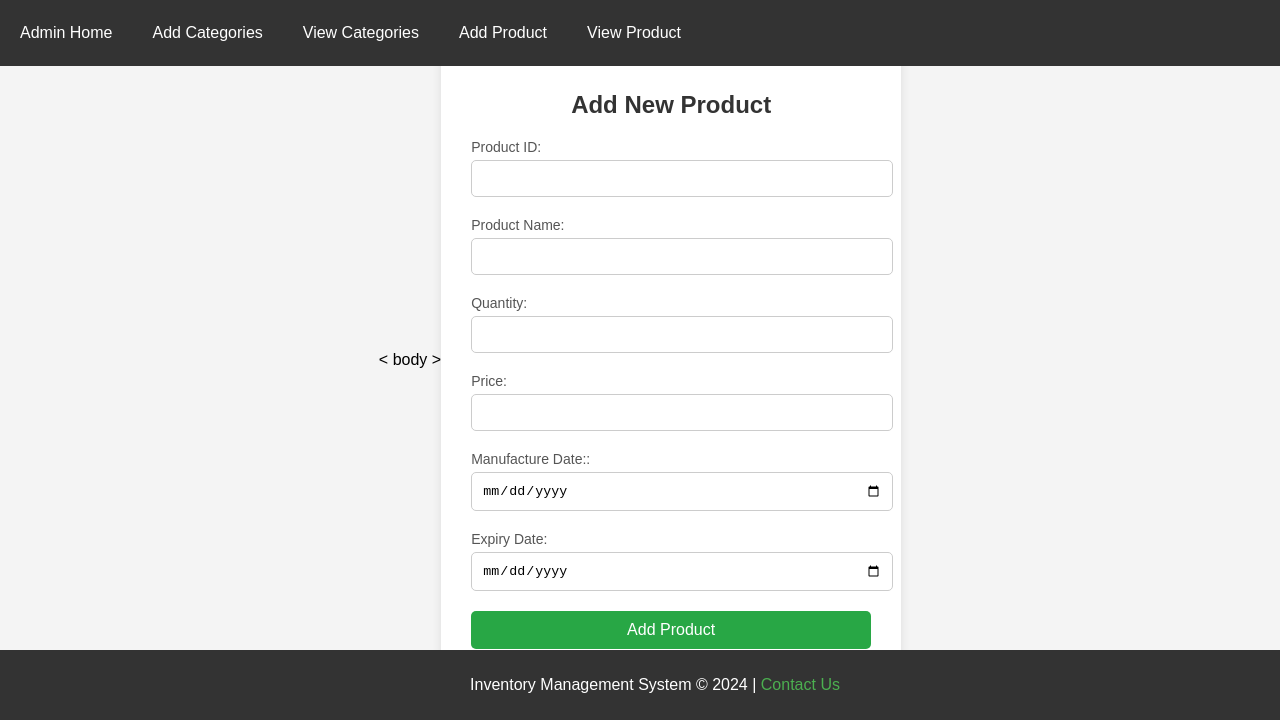
Repository: SimOneGraCias11/Montran_Training
Page: http://localhost/Project/addProduct.jsp
The author's editor kept a copy of each file at every save. The page is drawn from the files as they stood at one save, then again after the next save.
The browser window is 1280 px wide. The pictures show the whole page.
The page is served by Tomcat 9.

Above is the page before, as saved 2024-08-10 23:21:17.

### Project/src/main/webapp/addProduct.jsp
<%@ page language="java" contentType="text/html; charset=ISO-8859-1"
	pageEncoding="ISO-8859-1"%>
<!DOCTYPE html>
<html>
<head>
<meta charset="ISO-8859-1">
<title>Add Product</title>

<style>
body {
	font-family: Arial, sans-serif;
	display: flex;
	justify-content: center;
	align-items: center;
	height: 100vh;
	background-color: #f4f4f4;
	margin: 0;
	padding: 0;
}

.container {
	text-align: center;
	background-color: #fff;
	padding: 30px;
	border-radius: 10px;
	box-shadow: 0 0 10px rgba(0, 0, 0, 0.1);
	width: 400px;
}

h2 {
	color: #333;
	margin-bottom: 20px;
	text-align: center;
}

label {
	font-size: 14px;
	color: #555;
	margin-bottom: 5px;
	display: block;
	text-align: left;
}

input[type="text"], input[type="number"], input[type="date"] {
	width: 100%;
	padding: 10px;
	margin-bottom: 20px;
	border: 1px solid #ccc;
	border-radius: 5px;
}

.button {
	width: 100%;
	padding: 10px 20px;
	background-color: #28a745;
	color: white;
	border: none;
	border-radius: 5px;
	cursor: pointer;
	font-size: 16px;
}

.button:hover {
	background-color: #218838;
}
</style>
</head >
 < body >
 <%@ include file="header.jsp" %>

 <div class="container">
 <h2>Add New Product</h2>
	<form action="addProductServlet">
		<label for="product_id">Product ID:</label>
		<input type="text" id="product_id" name="product_id">

		<label for="product_name">Product Name:</label>
		<input type="text" id="product_name" name="product_name">

		<label for="quantity">Quantity:</label>
		<input type="number" id="quantity" name="quantity">

		<label for="price">Price:</label>
		<input type="number" id="price" name="price">

		<label for="man_date">Manufacture Date::</label>
		<input type="date" id="man_date" name="man_date">

		<label for="exp_date">Expiry Date:</label>
		<input type="date" id="exp_date" name="exp_date">

		<button type="submit" class="button">Add Product</button>

 </form>
 </div>
 <%@ include file="footer.jsp" %>
  </body >

  </html >

### Project/src/main/webapp/header.jsp
<%@ page language="java" contentType="text/html; charset=ISO-8859-1"
    pageEncoding="ISO-8859-1"%>
<!DOCTYPE html>
<html>
<head>
<style>
body{
margin:0;
padding:0;
}
.navbar{
background-color:#333;
overflow:hidden;
padding:10px 15px;
position:fixed;
top:0;
width:100%;
z-index:1000;
}

.navbar a{
float:left;
color:white;
text-align:center;
padding:14px 20px;
text-decoration:none;
font-size:16px;

}
.navbar a:hover{
background-color:#ddd;
color:black;
}

.navbar a.active{
background-color:#4CAF50;
color:white;
}
.content{
padding-top:60px;
}
</style>
</head>
<body>
<div class="navbar">
<a href="adminHome.jsp" >Admin Home</a>
<a href="addCategories">Add Categories</a>
<a href="viewCategories" >View Categories</a>
<a href="addProduct">Add Product</a>
<a href="viewProduct">View Product</a>

</div>
<div class="content"></div>
</body>
</html>

### Project/src/main/webapp/footer.jsp
<%@ page language="java" contentType="text/html; charset=ISO-8859-1"
    pageEncoding="ISO-8859-1"%>
<!DOCTYPE html>
<html>
<head>

<style>

.footer{
background-color:#333;
color:white;
padding:10px 15px;
text-align:center;
position:fixed;
left:0;
bottom:0;
width:100%;

}

.footer a{
color:#4CAF50;
text-decoration:none;

}
.footer a:hover{
text-decoration:underline;

}

</style>
</head>
<body>

<div class="footer">
<p> Inventory Management System &copy; 2024 | <a href="contact.jsp"> Contact Us </a></p>

</div>

</body>
</html>

After the next save:
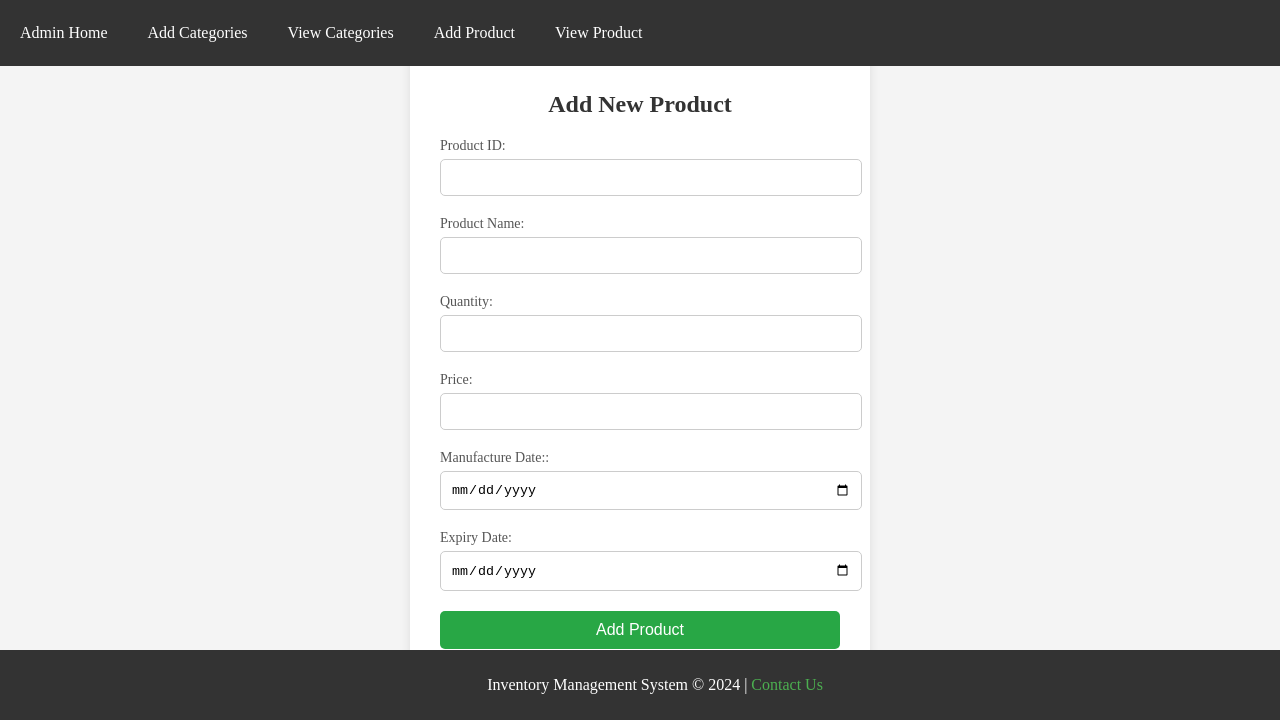
Saved 42 s later.
--- a/Project/src/main/webapp/addProduct.jsp
+++ b/Project/src/main/webapp/addProduct.jsp
@@ -8,7 +8,7 @@
 
 <style>
 body {
-	font-family: Arial, sans-serif;
+	font-family:Times New Roman,serif;
 	display: flex;
 	justify-content: center;
 	align-items: center;
@@ -65,7 +65,7 @@ input[type="text"], input[type="number"], input[type="date"] {
 }
 </style>
 </head >
- < body >
+ <body>
  <%@ include file="header.jsp" %>
 
  <div class="container">
